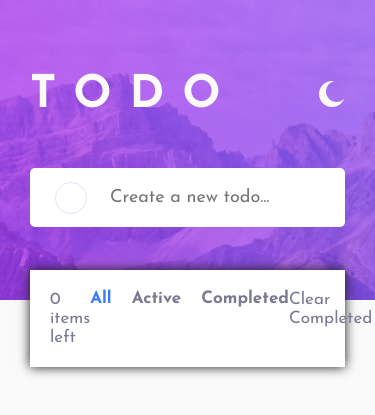
Repository: tomas938/todo-app
Page: /
These files come from the project's save history. The page is drawn as it stood at one moment and after the next save; the edit follows.
The browser window is 375 px wide. The pictures show the whole page.
The project was rebuilt for these pictures with package versions that can differ from the ones it lists, and the page was loaded fresh each time.

Above is the page before, as saved 2021-08-20 14:17:13.

After the next save:
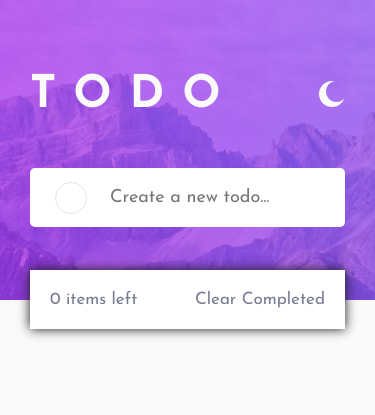
Saved 5 s later.
--- a/src/components/Todos.vue
+++ b/src/components/Todos.vue
@@ -181,9 +181,7 @@ main {
 		display: flex;
 		gap: 2rem;
 		@media only screen and (max-width: 600px) {
-			body {
-				background-color: lightblue;
-			}
+			display: none;
 		}
 		.active {
 			color: $primary;
